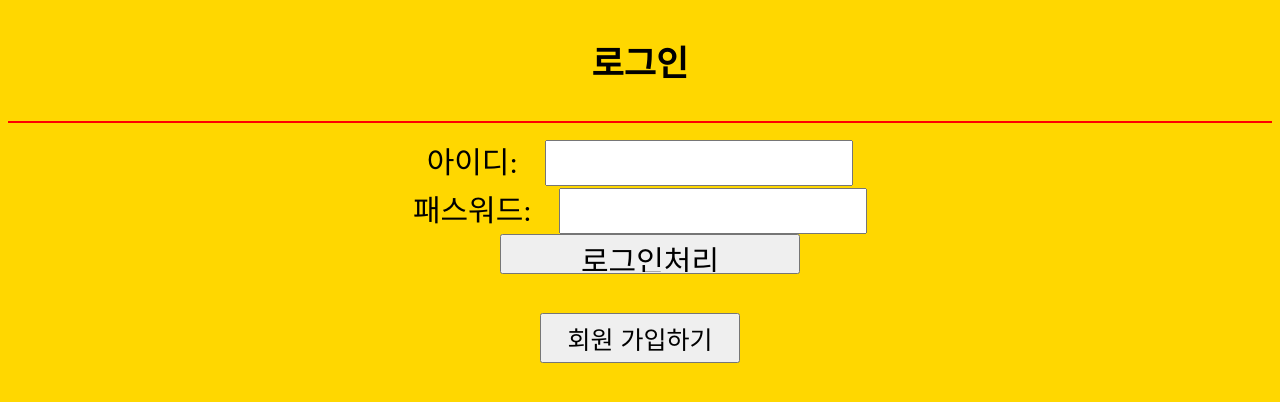
Repository: skywalker221-Minsoo/Java-project
Page: http://localhost/SecondProject/enter.jsp
The author's editor kept a copy of each file at every save. The page is drawn from the files as they stood at one save, then again after the next save.
The browser window is 1280 px wide. The pictures show the whole page.
The page is served by Tomcat 9. Nobody is signed in. The application's start-up code is not run.

Above is the page before, as saved 2021-04-13 06:55:01.

After the next save:
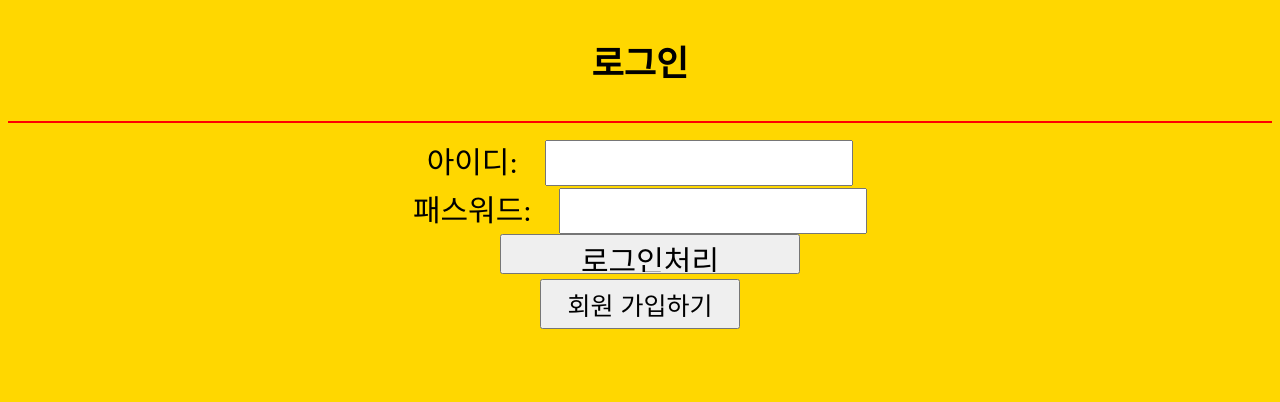
Saved 17 s later.
--- a/SecondProject/src/main/webapp/enter.jsp
+++ b/SecondProject/src/main/webapp/enter.jsp
@@ -34,7 +34,7 @@ button {
 <form action="enter">
 아이디: <input type="text" name="user_id"><br>
 패스워드: <input type="text" name="user_pw"><br>
-<input type="submit" value="로그인처리"><br>
+<input type="submit" value="로그인처리">
 <%}else{ %>
 ${user_Id}님 환영합니다.<a href=select?user_id=${user_Id}>내정보보기</a>
 <%} %> <br>
